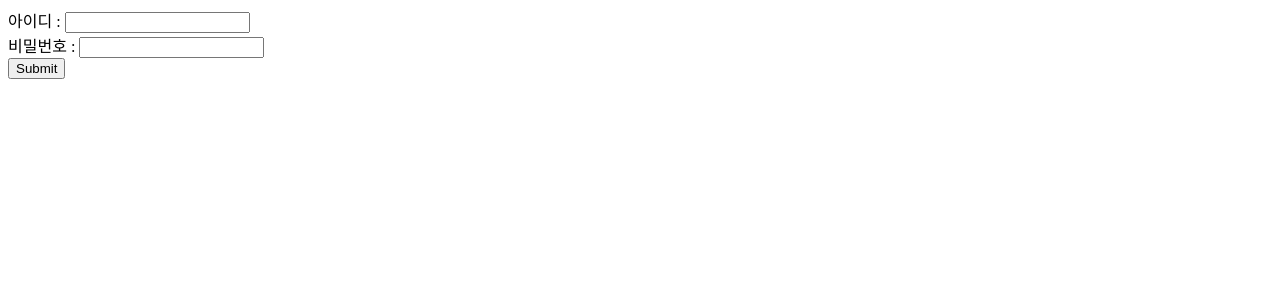
Repository: MyeongHyeonYoo/jsp_data
Page: pro06/src/main/webapp/login.html
An editor plug-in stored every save of this project. The page is shown before and after the next save, followed by the edit.
The browser window is 1280 px wide. The pictures show the whole page.

Above is the page before, as saved 2022-12-05 05:57:32.

After the next save:
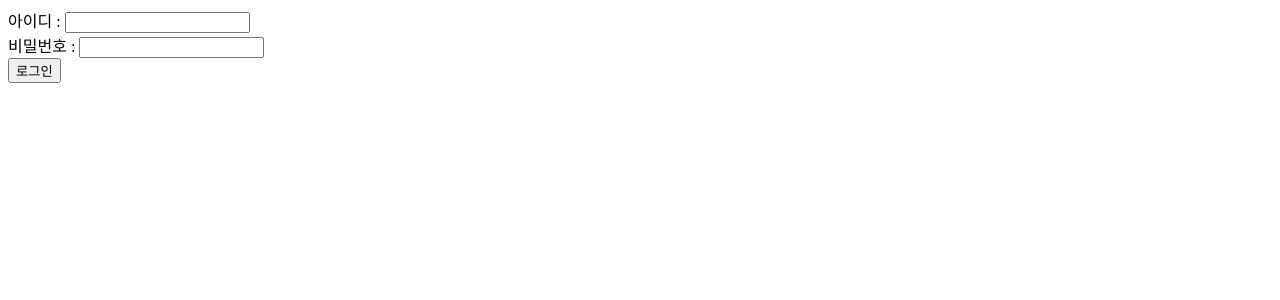
Saved 24 s later.
--- a/pro06/src/main/webapp/login.html
+++ b/pro06/src/main/webapp/login.html
@@ -8,7 +8,7 @@
 		<form name="frmLogin" action="login" enctype="UTF-8">
 			아이디 : <input type="text" name="user_id"><br>
 			비밀번호 : <input type="password" name="user_pw"><br>
-			<input type="submit">
+			<input type="submit" value="로그인"><input"reset" value"다시입력">
 		</form>
 	</body>
 </html>
